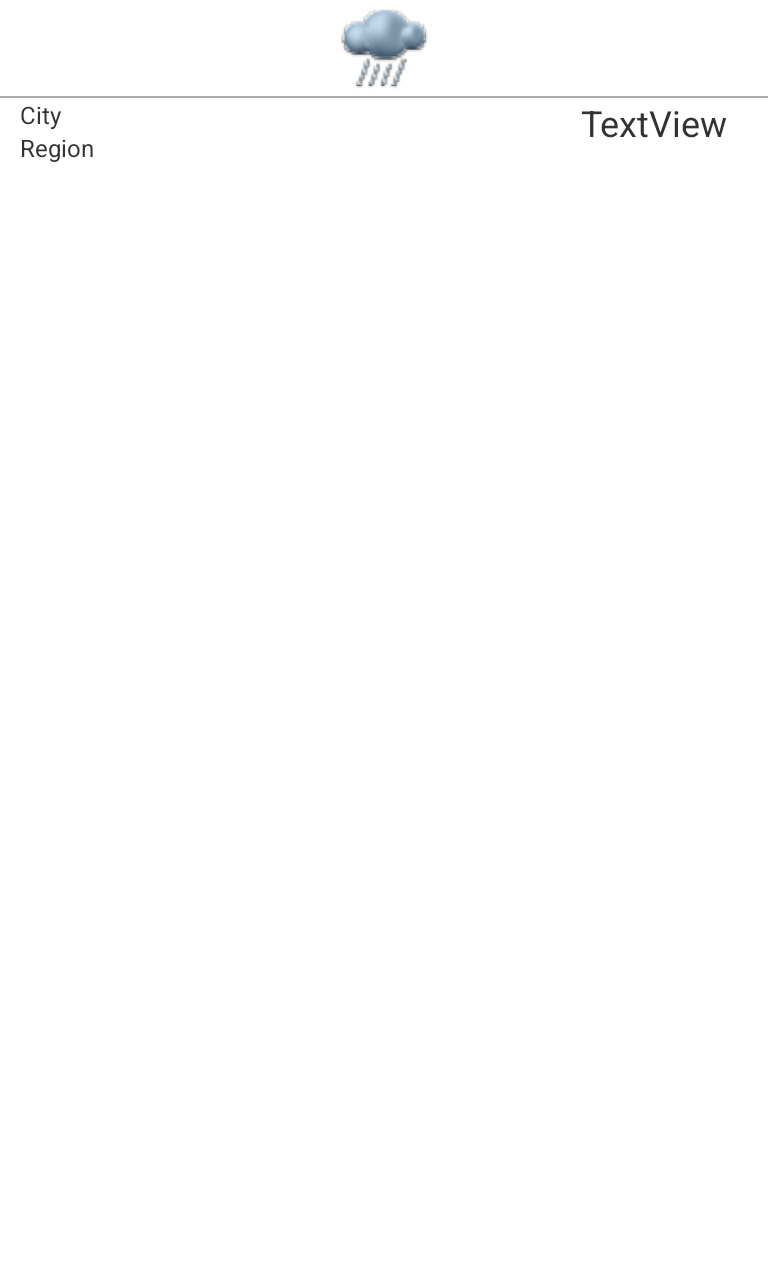
Repository: AndroidTNTU-3/WeatherStation2
Layout: WStation/res/layout/fragment_day.xml
An editor plug-in stored every save of this project. The layout is shown before and after the next save, followed by the edit.
It is drawn on a 768 x 1280 px phone screen (xhdpi) without system bars, with theme AppTheme; the app's code is not run.

Above is the layout before, as saved 2014-04-25 12:25:55.

### WStation/res/layout/fragment_day.xml
<?xml version="1.0" encoding="utf-8"?>
<RelativeLayout xmlns:android="http://schemas.android.com/apk/res/android"
    android:layout_width="match_parent"
    android:layout_height="wrap_content" >

    <ImageView
        android:id="@+id/imageCurrent"
        android:layout_width="wrap_content"
        android:layout_height="wrap_content"
        android:layout_alignParentTop="true"
        android:layout_centerHorizontal="true"
        android:src="@drawable/_4_short_rain" />

    <LinearLayout
        android:id="@+id/rect_gray"
        android:layout_width="match_parent"
        android:layout_height="1dp"
        android:orientation="vertical"
        android:layout_below="@+id/imageCurrent"
        android:background="@drawable/rect_gray">
    	</LinearLayout>

    <TextView
        android:id="@+id/tvCityDay"
        android:layout_width="wrap_content"
        android:layout_height="wrap_content"
        android:textSize="@dimen/text_size_small"
        android:layout_below="@+id/rect_gray"
        android:paddingLeft="10dp"
        android:text="City" />

    <TextView
        android:id="@+id/tvRegionDay"
        android:layout_width="wrap_content"
        android:layout_height="wrap_content"
        android:layout_alignParentLeft="true"
        android:layout_below="@+id/tvCityDay"
        android:text="Region"
        android:paddingLeft="10dp"
        android:textSize="@dimen/text_size_small" />

    <TextView
        android:id="@+id/tvTemperatureDay"
        android:layout_width="wrap_content"
        android:layout_height="wrap_content"
        android:layout_alignParentRight="true"
        android:layout_alignTop="@+id/tvCityDay"
        android:paddingRight="20dp"
        android:text="TextView"
        android:textSize="@dimen/text_size_large" />

</RelativeLayout>

### WStation/res/drawable/rect_gray.xml
<?xml version="1.0" encoding="utf-8"?>
<shape xmlns:android="http://schemas.android.com/apk/res/android"
    android:shape="rectangle">
	<solid android:color="@android:color/darker_gray"></solid>
</shape>

### WStation/res/values/dimens.xml
<resources>

    <!-- Default screen margins, per the Android Design guidelines. -->
    <dimen name="activity_horizontal_margin">16dp</dimen>
    <dimen name="activity_vertical_margin">16dp</dimen>

    <dimen name="text_size_small">12sp</dimen>
    <dimen name="text_size_normal">14sp</dimen>
    <dimen name="text_size_medium">16sp</dimen>
    <dimen name="text_size_large">18sp</dimen>

</resources>

### WStation/res/drawable/rect.xml
<?xml version="1.0" encoding="utf-8"?>
<shape xmlns:android="http://schemas.android.com/apk/res/android"
    android:shape="rectangle">
	<solid android:color="@android:color/black"></solid>
</shape>

Loaded but not shown: WStation/res/values/styles.xml (common file); WStation/res/values-v11/styles.xml (common file); WStation/res/values-v14/styles.xml (common file)

After the next save:
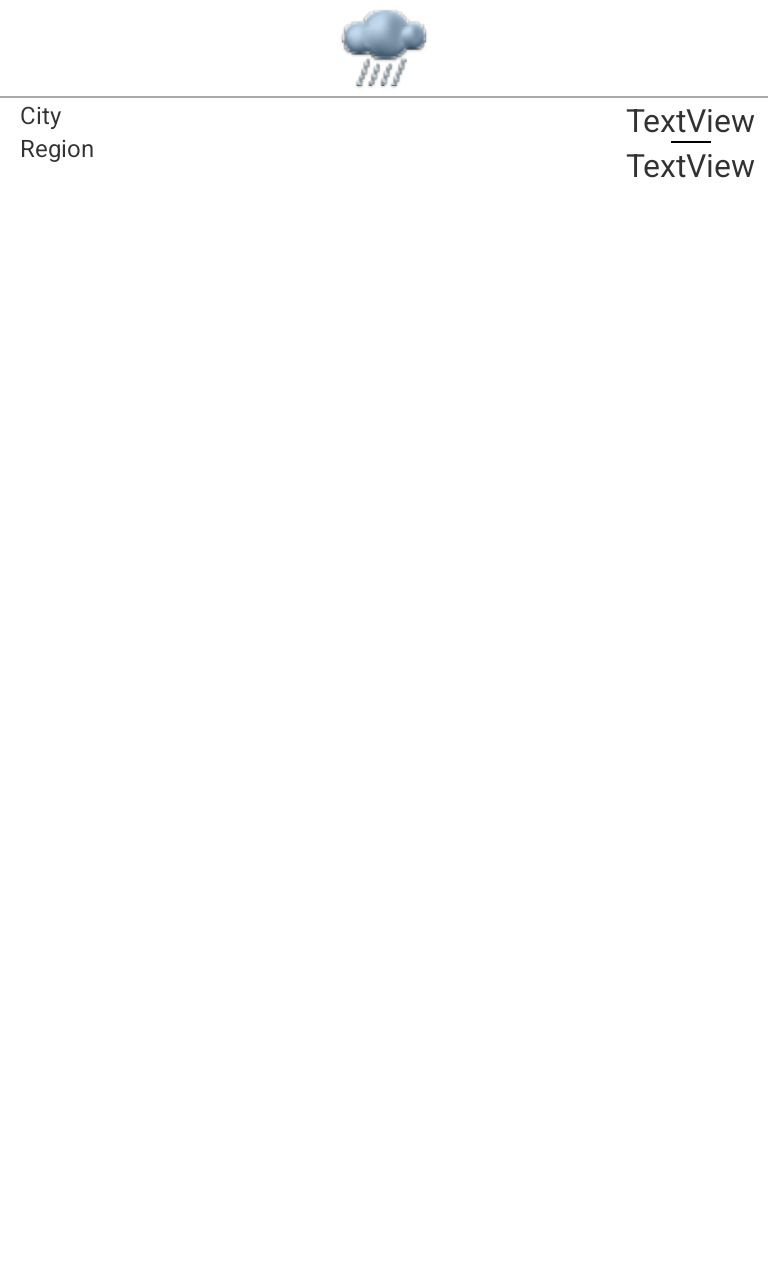
Saved 8 min 56 s later.
--- a/WStation/res/layout/fragment_day.xml
+++ b/WStation/res/layout/fragment_day.xml
@@ -39,14 +39,41 @@
         android:paddingLeft="10dp"
         android:textSize="@dimen/text_size_small" />
 
-    <TextView
-        android:id="@+id/tvTemperatureDay"
+    <LinearLayout
+        android:id="@+id/tempDayLayout"
         android:layout_width="wrap_content"
         android:layout_height="wrap_content"
         android:layout_alignParentRight="true"
-        android:layout_alignTop="@+id/tvCityDay"
-        android:paddingRight="20dp"
-        android:text="TextView"
-        android:textSize="@dimen/text_size_large" />
+        android:gravity="center_horizontal"
+        android:orientation="vertical"
+        android:layout_below="@+id/rect_gray"
+        android:paddingRight="6dp" >
+
+        <TextView
+            android:id="@+id/tvDayTmin"
+            android:layout_width="wrap_content"
+            android:layout_height="wrap_content"
+            android:layout_alignParentLeft="true"
+            android:layout_alignParentTop="true"
+            android:textSize="@dimen/text_size_medium"
+            android:text="TextView" />
+
+        <LinearLayout
+            android:id="@+id/rect"
+            android:layout_width="20dp"
+            android:layout_height="1dp"
+            android:layout_below="@+id/textTmin"
+            android:background="@drawable/rect"
+            android:orientation="vertical" >
+        </LinearLayout>
+
+        <TextView
+            android:id="@+id/tvDayTmax"
+            android:layout_width="wrap_content"
+            android:layout_height="wrap_content"
+            android:layout_below="@+id/rect"
+            android:textSize="@dimen/text_size_medium"
+            android:text="TextView" />
+    </LinearLayout>
 
 </RelativeLayout>
